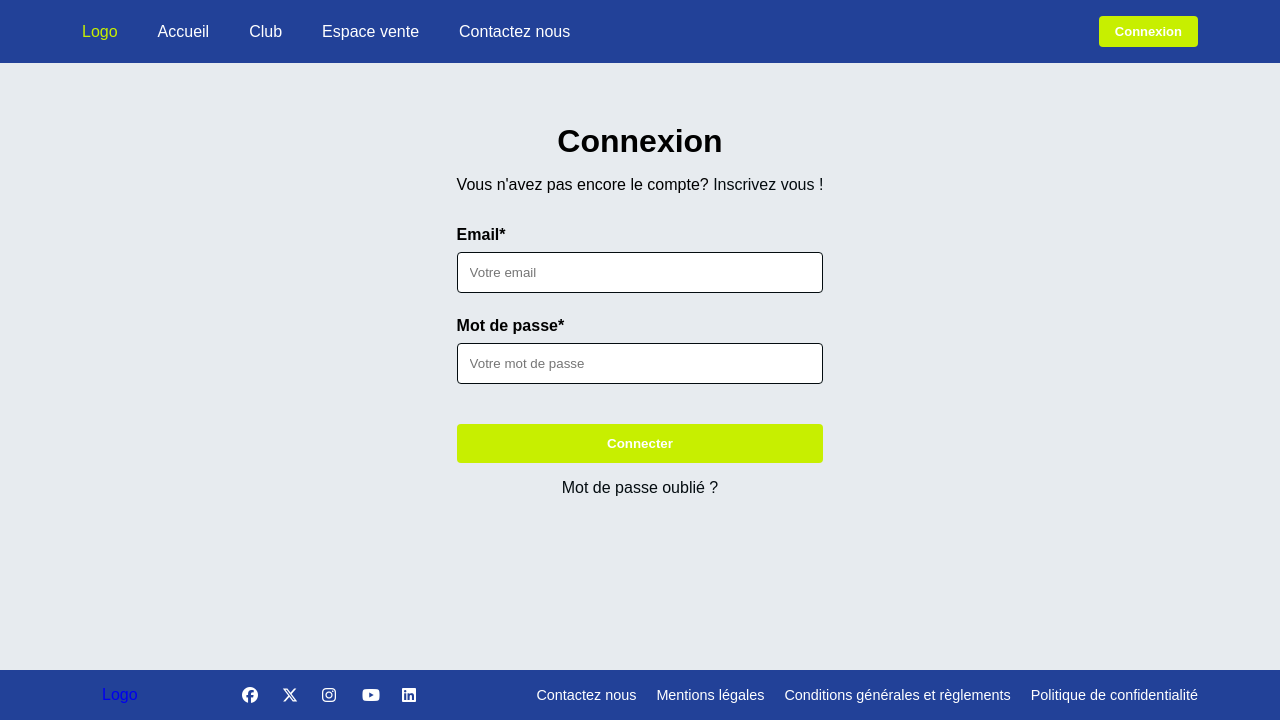
Repository: ZacZacovi4/projet_v2
Page: http://localhost/index.php?page=login
An editor plug-in stored every save of this project. The page is shown before and after the next save, followed by the edit.
The browser window is 1280 px wide. The pictures show the whole page.
The page is run by PHP 8.4 with error messages shown; the project is at /var/www/html/.

Above is the page before, as saved 2025-05-18 20:12:39.
Console error: TypeError: Cannot set properties of null (setting 'onclick')

After the next save:
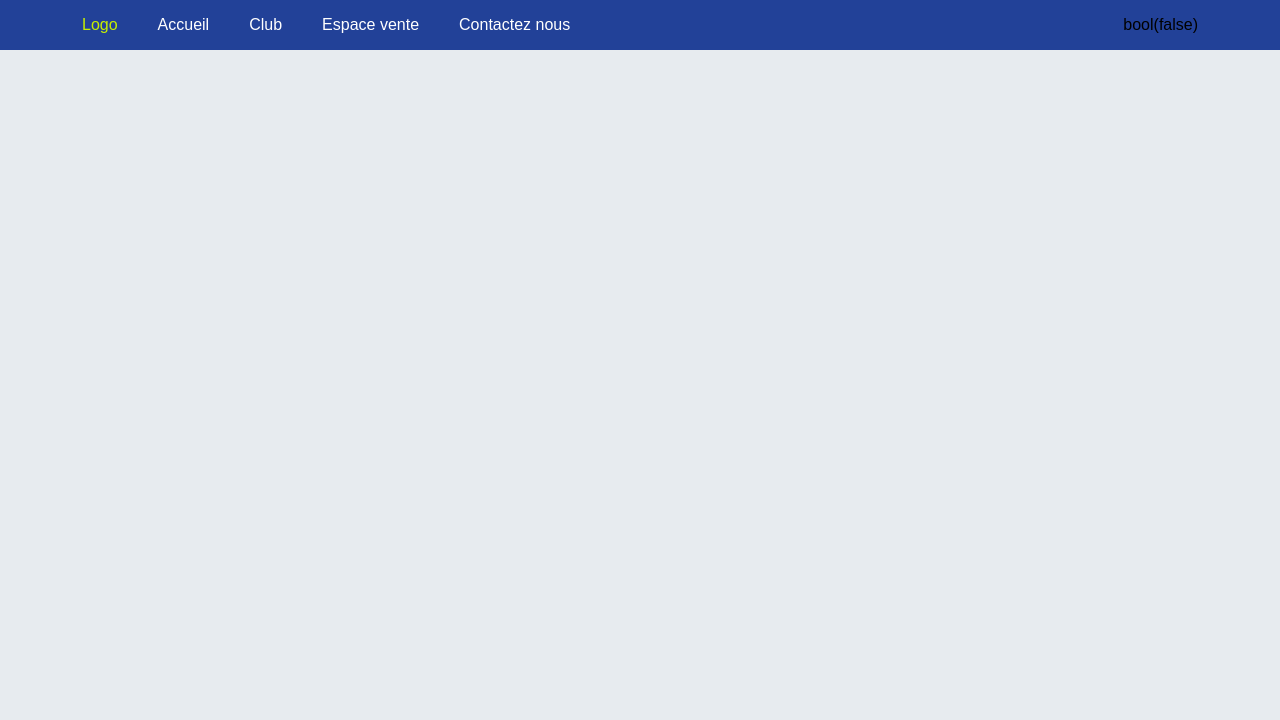
The error is gone.
Saved 3 min 23 s later.
--- a/template/partial/_header.html.php
+++ b/template/partial/_header.html.php
@@ -42,7 +42,9 @@
                         <a class="navbar__link" href="#ref4">Contactez nous</a>
                     </li>
                 </ul>
-                <?php if (isLoggedIn()) { ?>
+                <?php var_dump(isLoggedIn());
+                exit();
+                if (isLoggedIn()) { ?>
                     <!-- Bouton pour accéder à l'espace de connexion -->
                     <a href="accueil_utilisateur.html" class="navbar__user-home-button">
                         <img src="assets/images/photo_player_1.avif" alt="" class="navbar__user-home-img" />
